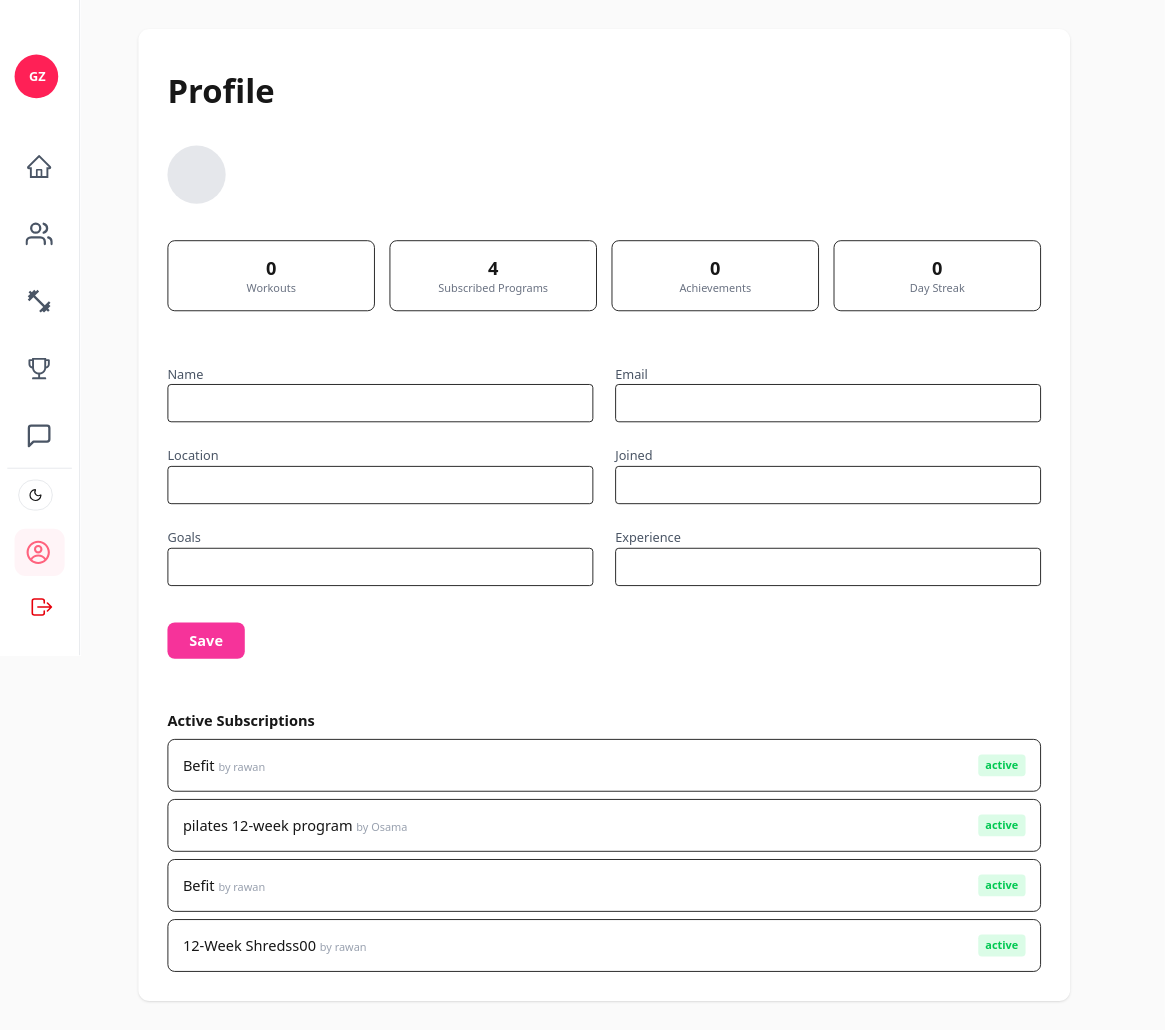
Repository: Brutalxnor/godzilla_fe
Page: /profile/edit
These files come from the project's save history. The page is drawn as it stood at one moment and after the next save; the edit follows.
The browser window is 1280 px wide. The pictures show the whole page, at 91% of full size.
The page's requests for data from a server got no answer. The project was rebuilt for these pictures with package versions that can differ from the ones it lists, and the page was loaded fresh each time. The framework's server and built-in components were replaced by stand-ins that run in the browser. No one was signed in, and anything a server would have sent is missing. Also part of the build but not shown: next.config.ts.

Above is the page before, as saved 2025-11-13 13:30:11.

After the next save:
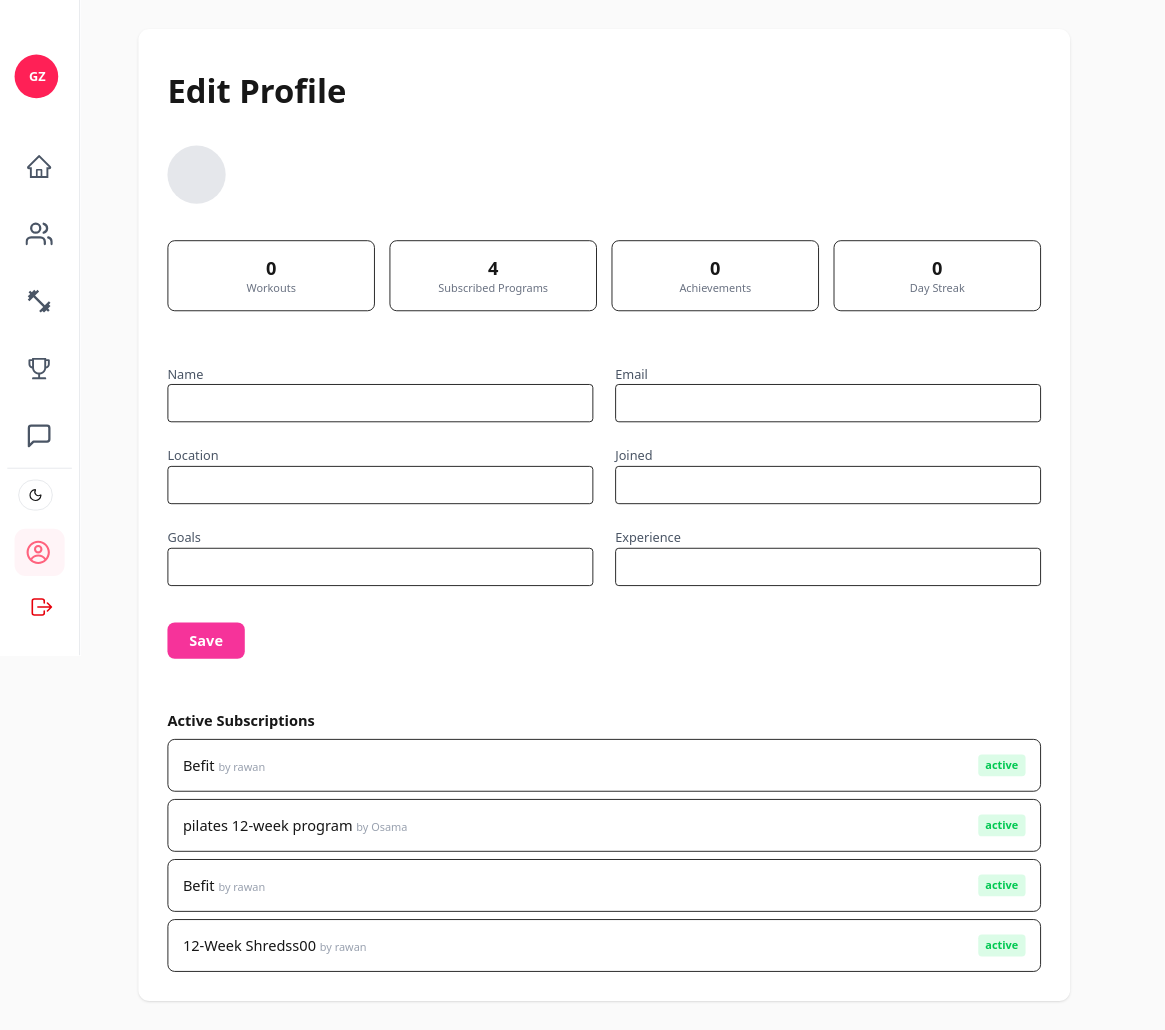
Saved 4 s later.
--- a/app/profile/edit/page.tsx
+++ b/app/profile/edit/page.tsx
@@ -58,7 +58,7 @@ const Page = () => {
 
             <header className="py-3 sm:py-4 flex items-center justify-between gap-3">
               <h1 className="text-2xl sm:text-3xl md:text-4xl font-semibold">
-                Profile
+                Edit Profile
               </h1>
             </header>
             <div className="flex items-center justify-between">
